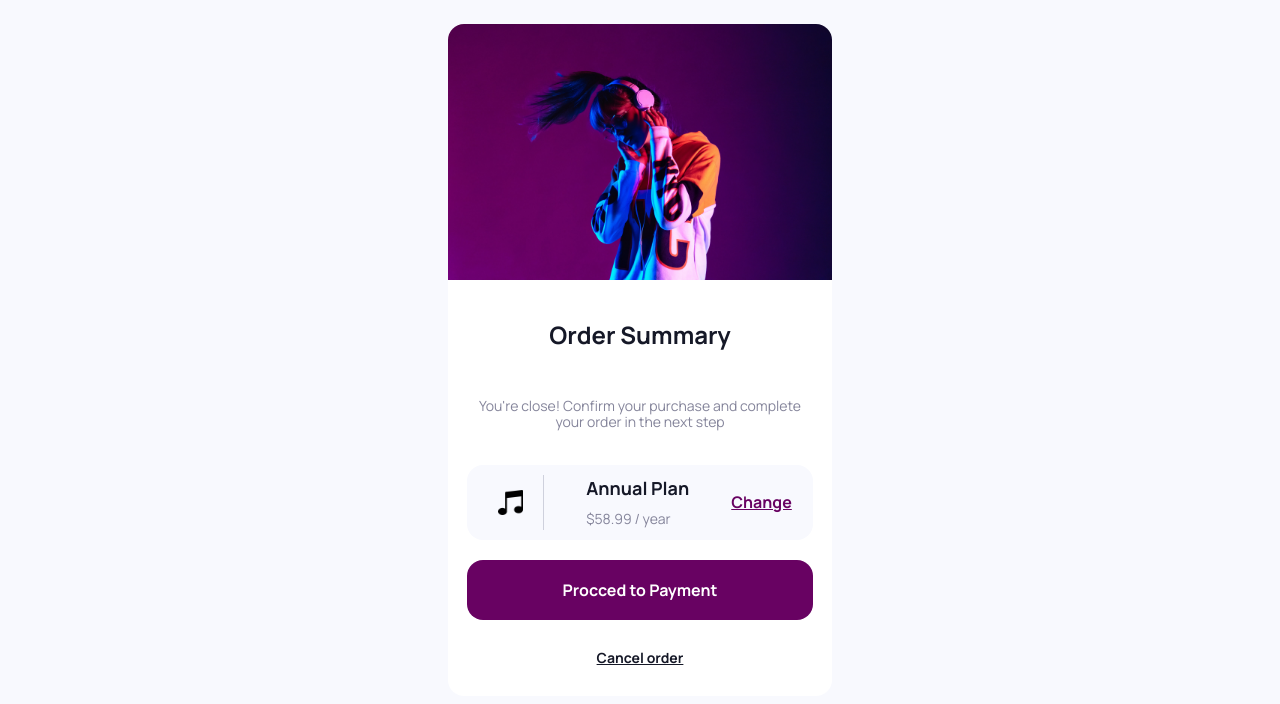
Repository: ssynowiec/INVO-Academy-solution
Page: /
The author's editor kept a copy of each file at every save. The page is drawn from the files as they stood at one save, then again after the next save.
The browser window is 1280 px wide. The pictures show the whole page.
The project was rebuilt for these pictures with package versions that can differ from the ones it lists, and the page was loaded fresh each time.

Above is the page before, as saved 2023-03-04 20:39:32.

### index.html
<!DOCTYPE html>
<html lang="en">

<head>
  <meta charset="UTF-8" />
  <link rel="icon" type="image/svg+xml" href="/vite.svg" />
  <meta name="viewport" content="width=device-width, initial-scale=1.0" />
  <title>INVO Academy JS Starter with Vite</title>
</head>

<!-- In order to start your challenge, remove all the content inside <div id="home-page"></div> and start coding :) -->

<body>
  <div id="home-page" class="container">
    <section class="order">
      <img src="/images/girl.jpeg" alt="" class="order-image">
      <h1 class="order-title">Order Summary</h1>
      <p class="order-description">You're close! Confirm your purchase and complete your order in the next step</p>
      <div class="order-summary">
        <img src="/images/music.png" alt="" class="order-icon">
        <div class="product">
          <h2 class="product-name">Annual Plan</h2>
          <p class="product-price">$58.99 / year</p>
        </div>
        <a href="#" class="product-link">Change</a>
      </div>
      <button class="order-button">Procced to Payment</button>
      <a href="#" class="order-link">Cancel order</a>
    </section>
  </div>

  <script type="module" src="/src/global-scripts/main.js"></script>
  <script type="module" src="/src/pages/home-page/scripts/home-page.js"></script>
</body>

</html>

### src/pages/home-page/scripts/home-page.js
/// Homepage JavaScript File
/// Here we import all the JavaScript files we need for our homepage.

import '../styles/home-page.scss';

### src/global-styles/style.scss
/// Main Styles File
/// Here we import all the global Styles files we need for our project.

@import 'styles/normalize.scss';
@import 'styles/root.scss';
@import 'styles/fonts.scss';

body {
	font-family: 'Manrope', sans-serif;
	color: var(--color-primary);
	background-color: var(--color-background);
	display: flex;
	justify-content: center;
	align-items: center;
	height: 100vh;
}

p {
	color: var(--color-on-surface);
}

### src/pages/home-page/styles/home-page.scss
/// Homepage Styles File
/// Here we import all the Styles files we need for our Homepage.

.container {
	display: flex;
	justify-content: center;
	align-items: center;
}

.order {
	display: flex;
	flex-direction: column;
	justify-content: between;
	align-items: center;
	width: 90%;
	border-radius: 16px;
	overflow: hidden;
	background-color: var(--color-white);

	&-image {
		width: 100%;
		height: 20%;
		object-fit: cover;
	}

	&-title {
		font-weight: bold;
		padding-top: 25px;
		font-size: 24px;
		color: var(--color-title);
	}

	&-description {
		font-size: 14px;
		padding: 20px;
		color: var(--color-body);
		text-align: center;
	}

	&-summary {
		display: flex;
		justify-content: space-around;
		align-items: center;
		width: 90%;
		border-radius: 16px;
		margin-bottom: 20px;
		background-color: var(--color-background);
	}

	&-icon {
		width: 25px;
		height: 25px;
		padding: 15px 20px 15px 10px;
		border-right: 1px solid var(--color-stroke);
	}

	&-button {
		width: 90%;
		height: 60px;
		padding: 10px;
		border-radius: 16px;
		font-weight: bold;
		font-size: 16px;
		line-height: 160%;
		letter-spacing: -1%;
		border: none;
		background-color: var(--color-primary);
		color: var(--color-white);
		cursor: pointer;

		&:hover {
			background-color: var(--color-primary-hover);
		}
	}

	&-link {
		letter-spacing: -1%;
		padding: 30px 0;
		font-size: 14px;
		font-weight: bold;
		color: var(--color-title);
	}
}

.product {
	color: var(--color-title);

	&-name {
		font-size: 18px;
		line-height: 18px;
		font-weight: bold;
	}

	&-price {
		font-weight: medium;
		font-size: 14px;
		line-height: 14px;
		color: var(--color-body);
	}

	&-link {
		color: var(--color-primary);
		font-weight: bold;
		font-size: 16px;
		line-height: 160%;
	}
}

@media (min-width: 768px) {
	.order {
		width: 30%;

		&-summary {
			justify-content: baseline;
		}
	}
}

### src/global-styles/styles/root.scss
/// Root Styles file
/// Here we define all the root variables we need for our project.
/// For examples see Material Design color system: https://m2.material.io/design/color/the-color-system.html

:root {
	--color-primary: #680262;
	--color-primary-hover: #490245;
	--color-background: #f8f9fe;
	--color-title: #151827;
	--color-body: #85859b;
	--color-stroke: #cfd1dd;
	--color-white: #ffffff;
}

### src/global-styles/styles/fonts.scss
/// Main Fonts File
/// Here we import all the fonts files we need for our project.

@import url('https://fonts.googleapis.com/css2?family=Manrope:wght@200;300;400;500;600;700;800&display=swap');

Loaded but not shown: src/global-scripts/main.js (common file); src/global-styles/styles/normalize.scss (common file)

After the next save:
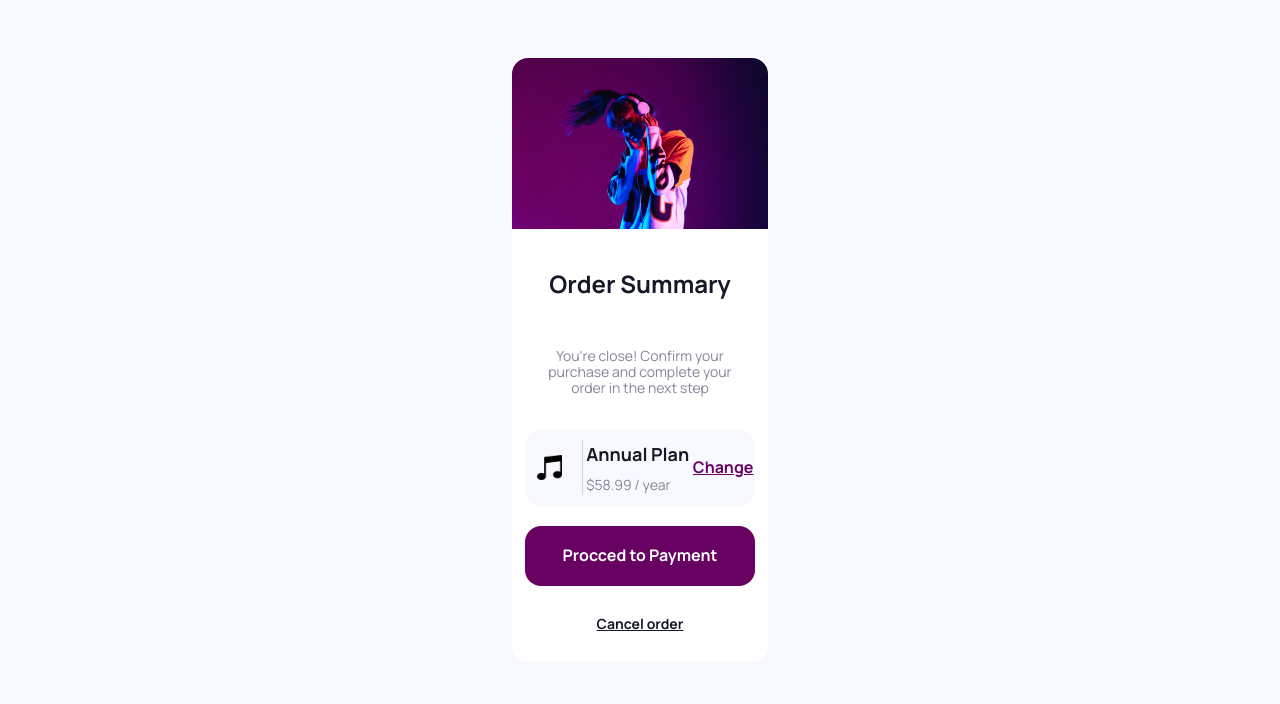
Saved 52 s later.
--- a/src/pages/home-page/styles/home-page.scss
+++ b/src/pages/home-page/styles/home-page.scss
@@ -108,7 +108,7 @@
 
 @media (min-width: 768px) {
 	.order {
-		width: 30%;
+		width: 20%;
 
 		&-summary {
 			justify-content: baseline;
